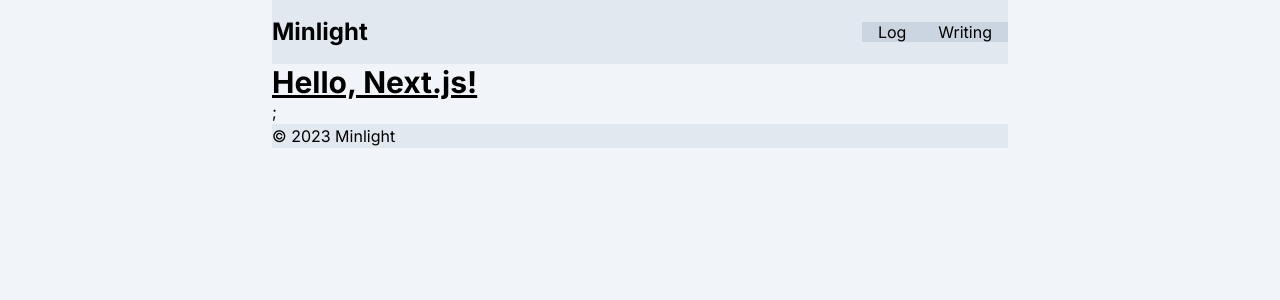
Repository: kwngmin/minlight-log
Page: /
These files come from the project's save history. The page is drawn as it stood at one moment and after the next save; the edit follows.
The browser window is 1280 px wide. The pictures show the whole page.
The project was rebuilt for these pictures with package versions that can differ from the ones it lists, and the page was loaded fresh each time. The framework's server and built-in components were replaced by stand-ins that run in the browser. Also part of the build but not shown: next.config.js.

Above is the page before, as saved 2023-04-04 15:29:03.

After the next save:
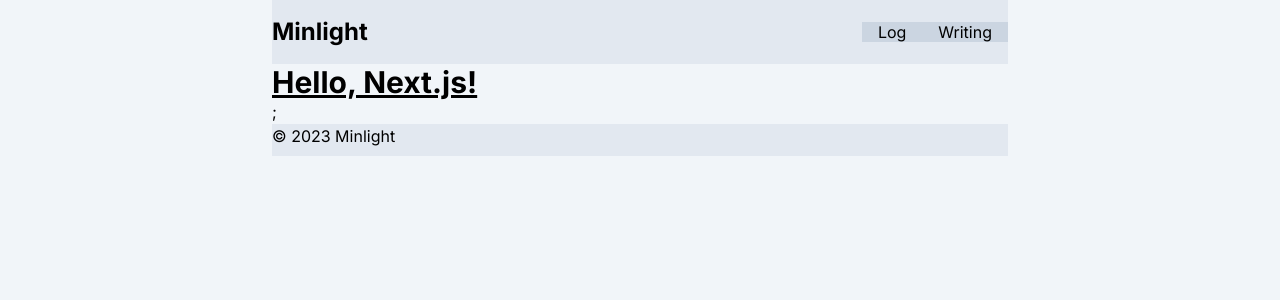
Saved 5 s later.
--- a/src/app/layout.tsx
+++ b/src/app/layout.tsx
@@ -35,7 +35,7 @@ export default function RootLayout({
           </nav>
         </div>
         <main className="grow">{children}</main>
-        <div className="bg-slate-200 ">© 2023 Minlight</div>
+        <div className="bg-slate-200 h-8">© 2023 Minlight</div>
       </body>
     </html>
   );
